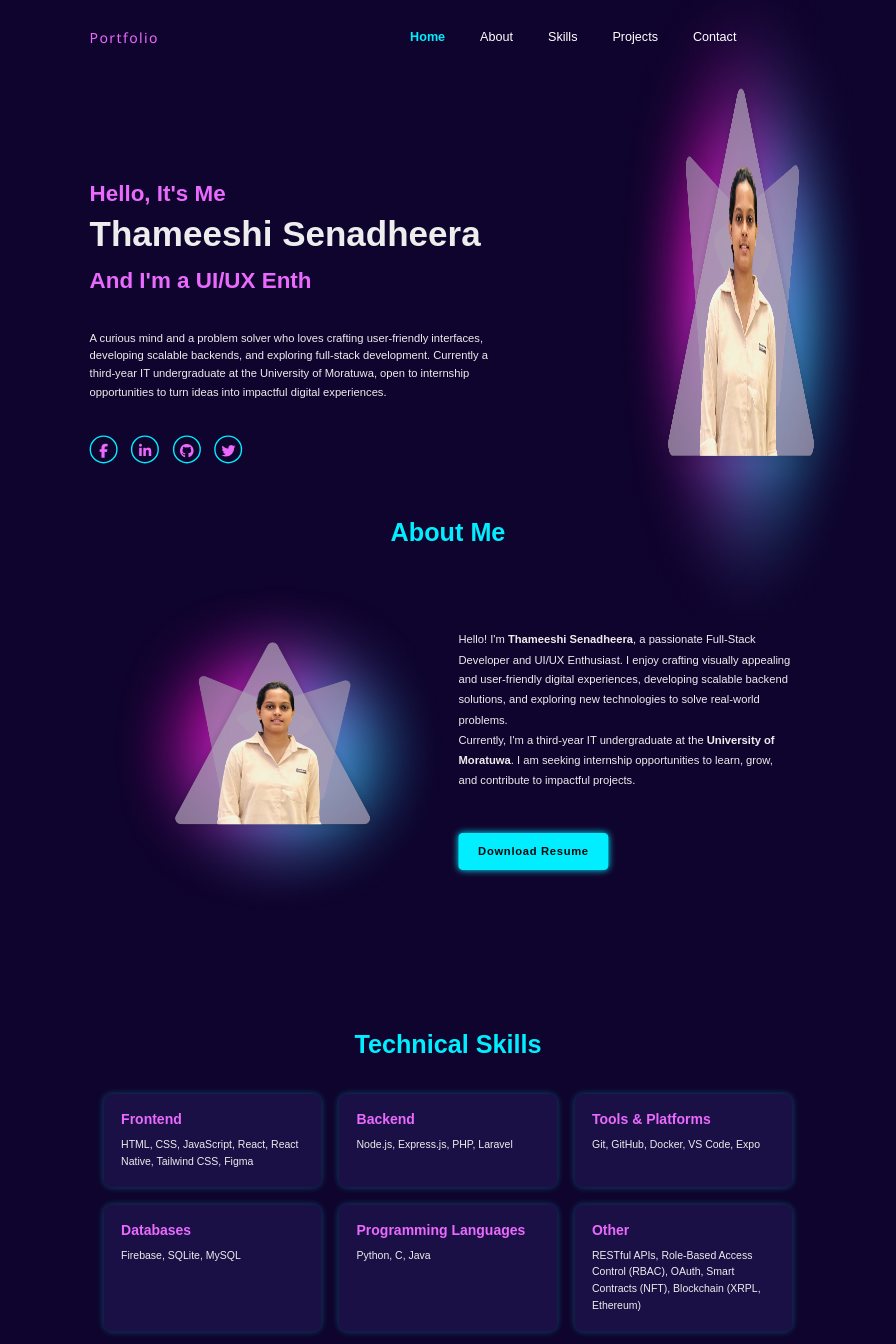
Repository: Thameeshi/portfolio-website
Page: http://localhost/
The author's editor kept a copy of each file at every save. The page is drawn from the files as they stood at one save, then again after the next save.
The browser window is 1280 px wide. The pictures show the part of the page from y = 0 to 1920 px (the page is 3616 px tall), at 70% of full size.
Some web libraries are served in a nearby version. The page is served by the project's Node server (server.js).

Above is the page before, as saved 2025-09-10 11:30:25.

After the next save:
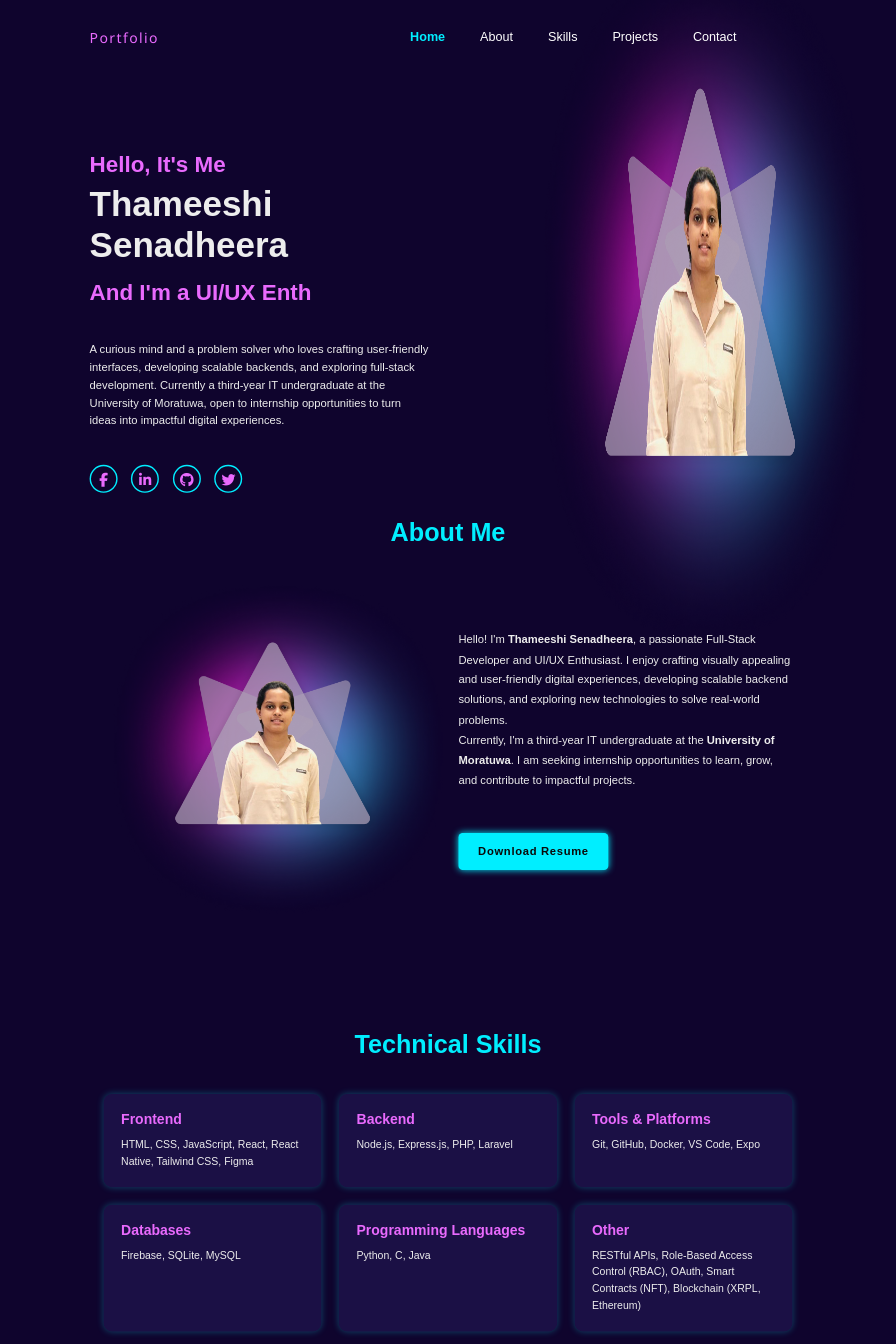
Saved 28 s later.
--- a/public/css/style.css
+++ b/public/css/style.css
@@ -130,7 +130,7 @@ body {
 
 /* Image next to home-content */
 .image {
-    flex: 0.5;
+    flex: 1;
     max-width: auto;
     animation: float 3s ease-in-out infinite;
 }
